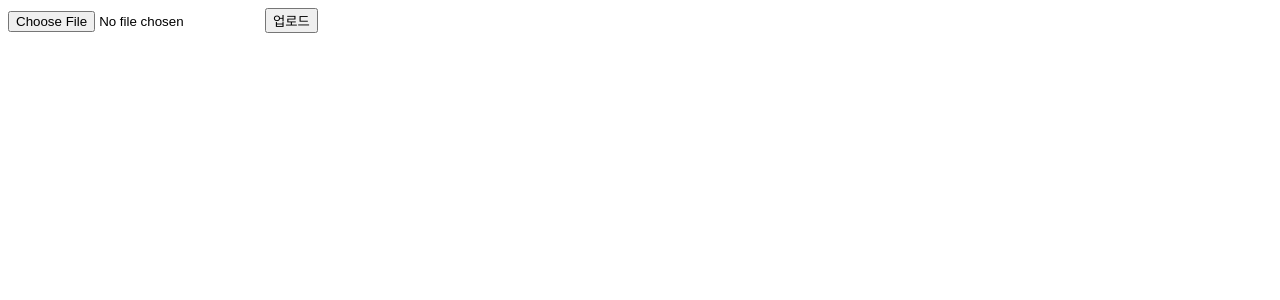
Repository: minkyung0421/jsp_travel_project
Page: http://localhost/Travel_Project/fileUpload.jsp
An editor plug-in stored every save of this project. The page is shown before and after the next save, followed by the edit.
The browser window is 1280 px wide. The pictures show the whole page.
The page is served by Tomcat 9. Other server files are loaded and not shown.

Above is the page before, as saved 2018-08-20 08:48:02.

### jsp_travel_project/Travel_Project/WebContent/fileUpload.jsp
<%@ page language="java" contentType="text/html; charset=EUC-KR"
pageEncoding="EUC-KR"%>
<!DOCTYPE html PUBLIC "-//W3C//DTD HTML 4.01 Transitional//EN" "http://www.w3.org/TR/html4/loose.dtd">
<html>
<head>
<meta http-equiv="Content-Type" content="text/html; charset=EUC-KR">
<title>Insert title here</title>
</head>
<form method="post" enctype="multipart/form-data" action="fileUpload.jsp">
<input type="file" name="filename1" size=40>
<input type="submit" value="업로드"><br><br>
</form>
<body>
</body>
</html>

After the next save:
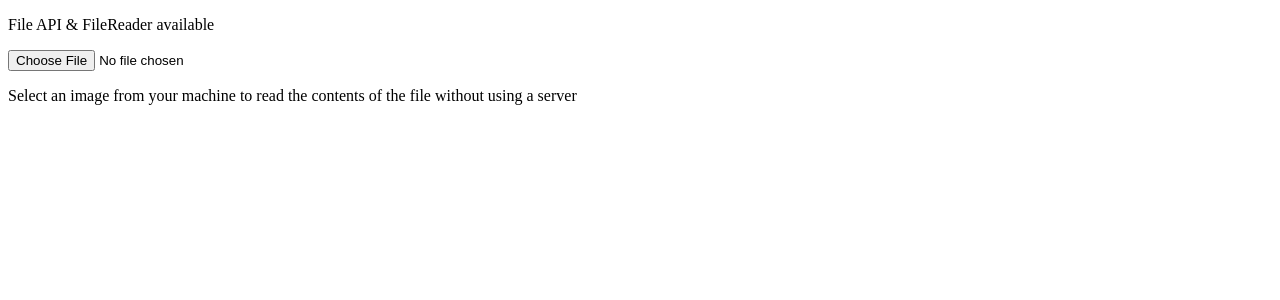
Saved 3 min 14 s later.
--- a/jsp_travel_project/Travel_Project/WebContent/fileUpload.jsp
+++ b/jsp_travel_project/Travel_Project/WebContent/fileUpload.jsp
@@ -6,10 +6,45 @@
 <meta http-equiv="Content-Type" content="text/html; charset=EUC-KR">
 <title>Insert title here</title>
 </head>
-<form method="post" enctype="multipart/form-data" action="fileUpload.jsp">
-<input type="file" name="filename1" size=40>
-<input type="submit" value="업로드"><br><br>
-</form>
+<title>File API (simple)</title>
+<article>
+  <p id="status">File API & FileReader API not supported</p>
+  <p><input type=file></p>
+  <p>Select an image from your machine to read the contents of the file without using a server</p>
+  <div id="holder"></div>
+</article>
+<script>
+var upload = document.getElementsByTagName('input')[0],
+    holder = document.getElementById('holder'),
+    state = document.getElementById('status');
+
+if (typeof window.FileReader === 'undefined') {
+  state.className = 'fail';
+} else {
+  state.className = 'success';
+  state.innerHTML = 'File API & FileReader available';
+}
+
+upload.onchange = function (e) {
+  e.preventDefault();
+
+  var file = upload.files[0],
+      reader = new FileReader();
+  reader.onload = function (event) {
+    var img = new Image();
+    img.src = event.target.result;
+    // note: no onload required since we've got the dataurl...I think! :)
+    if (img.width > 560) { // holder width
+      img.width = 560;
+    }
+    holder.innerHTML = '';
+    holder.appendChild(img);
+  };
+  reader.readAsDataURL(file);
+
+  return false;
+};
+</script>
 <body>
 </body>
 </html>
